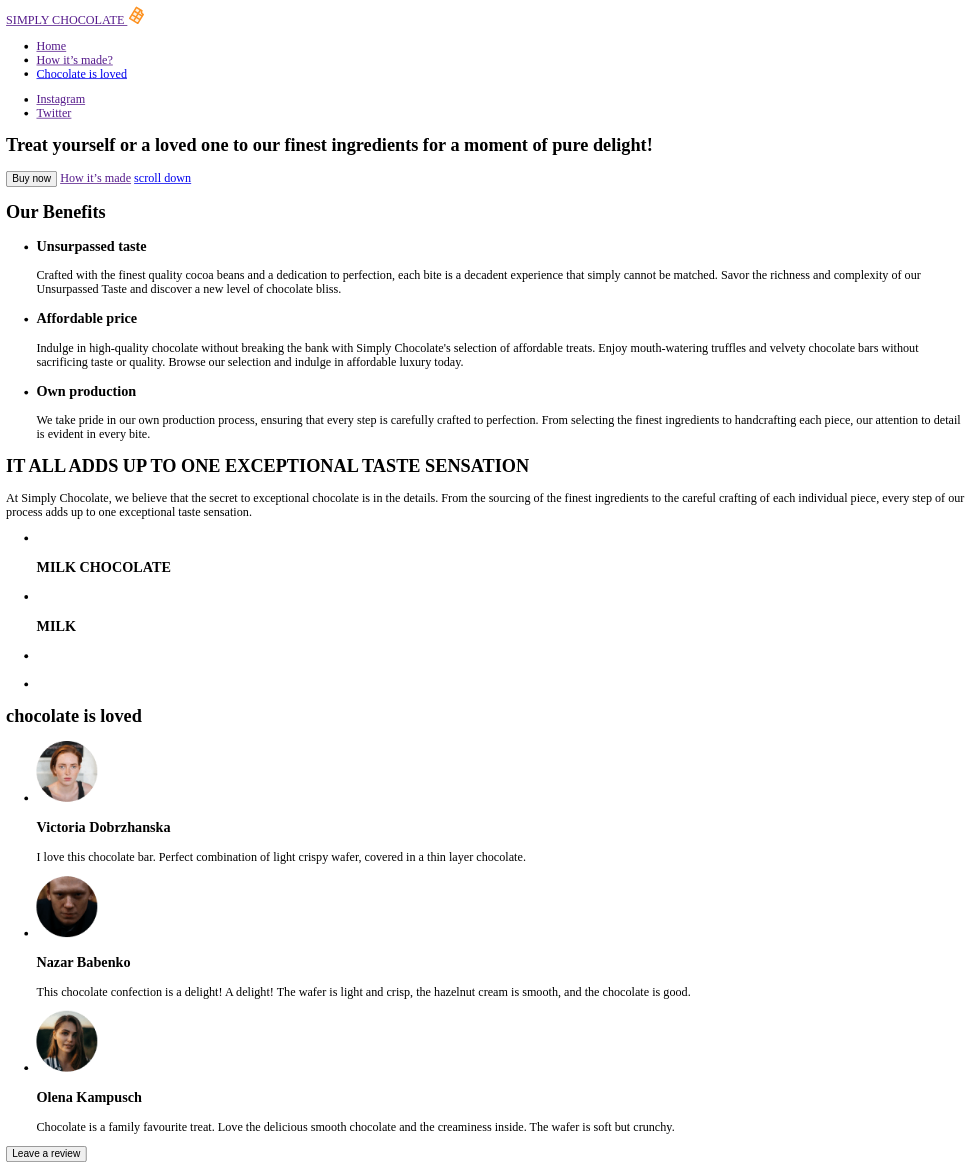
Repository: Sofiia-Khomyk/goit-markup-class-01
Page: index.html
An editor plug-in stored every save of this project. The page is shown before and after the next save, followed by the edit.
The browser window is 1280 px wide. The pictures show the whole page, at 76% of full size.

Above is the page before, as saved 2024-11-11 15:55:51.

After the next save:
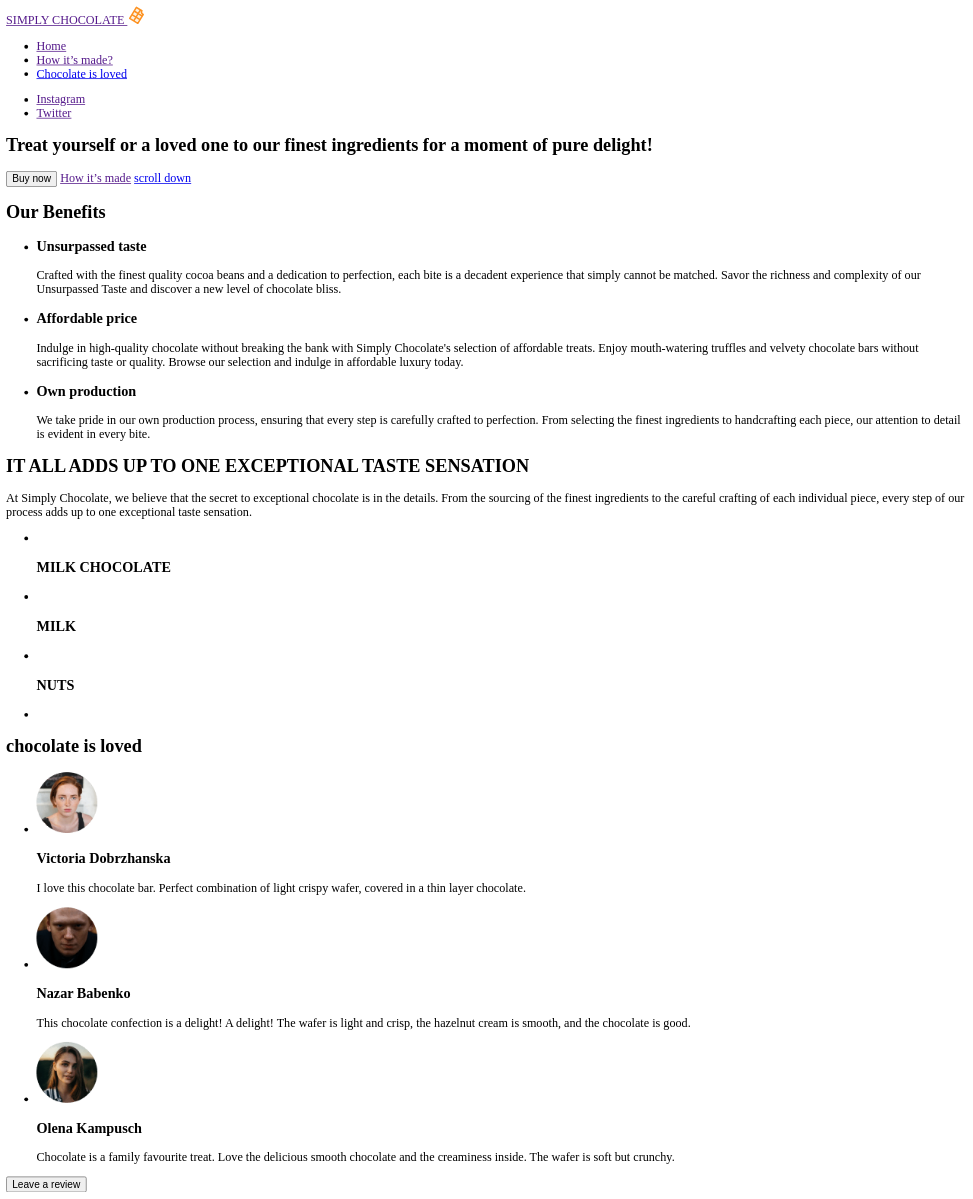
Saved 9 s later.
--- a/index.html
+++ b/index.html
@@ -100,7 +100,7 @@
           </li>
           <li>
             <img src="" alt="" />
-            <h3></h3>
+            <h3>NUTS</h3>
           </li>
           <li>
             <img src="" alt="" />
